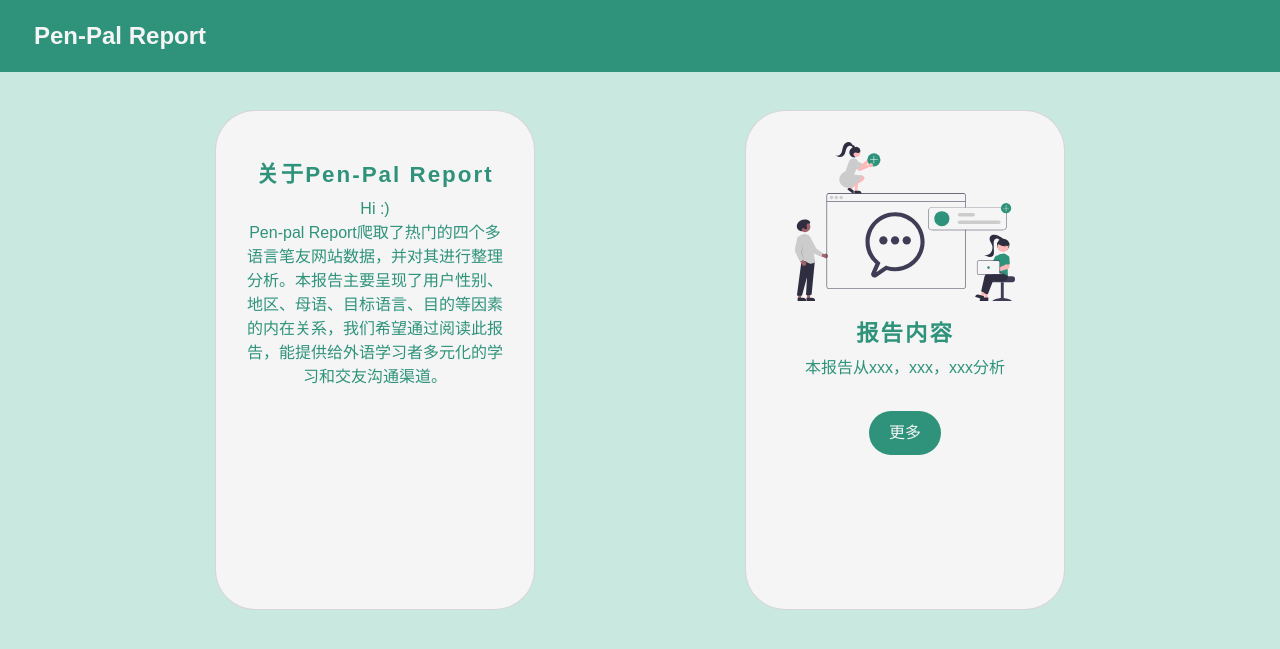
Repository: warrior1803-wang/penpal-report
Page: dist/index.html
These files come from the project's save history. The page is drawn as it stood at one moment and after the next save; the edit follows.
The browser window is 1280 px wide. The pictures show the whole page.

Above is the page before, as saved 2021-07-03 01:23:05.

After the next save:
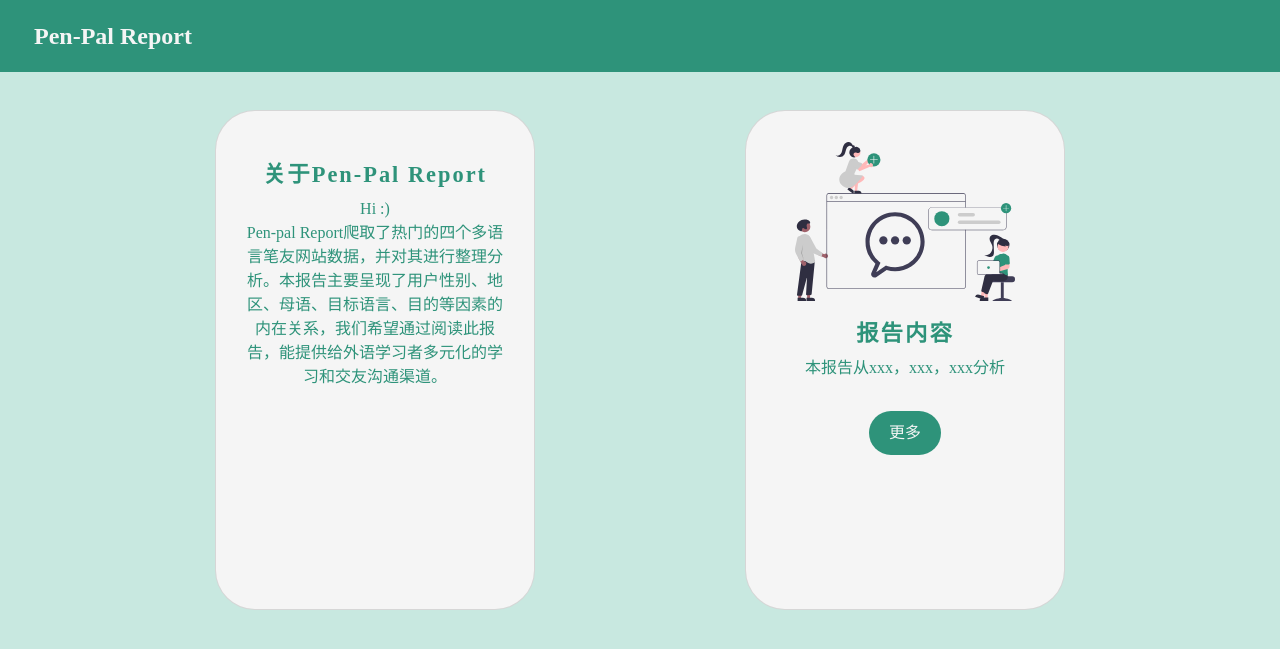
Saved 12 s later.
--- a/dist/style.css
+++ b/dist/style.css
@@ -12,7 +12,8 @@ body {
   justify-content: center;
   align-items: center;
   min-height: 100vh;
-  font-family: 'Quicksand', sans-serif;
+  font-family: 'Noto Serif SC', serif;
+
 }
 .navbar{
   height: 10vh;
